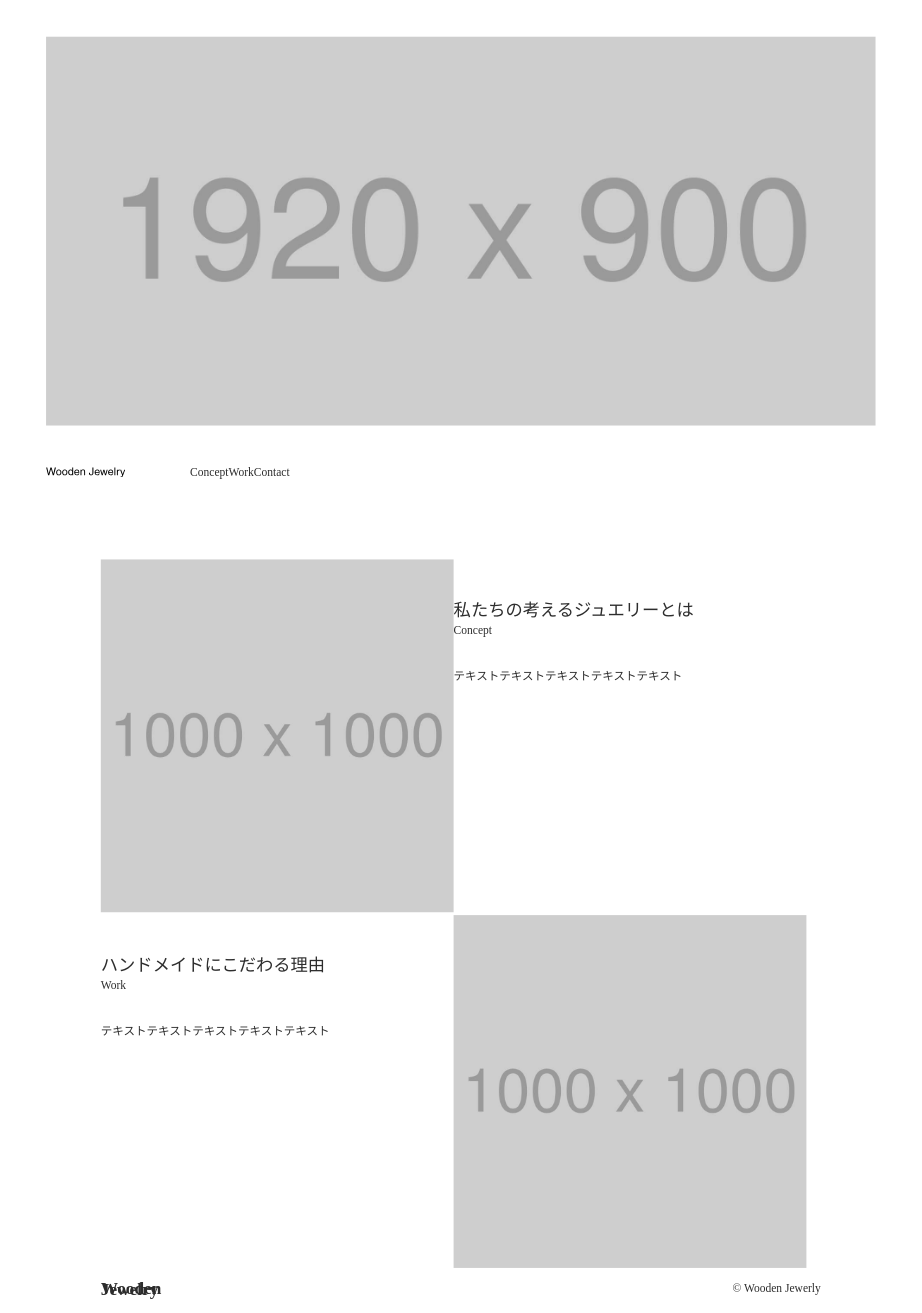
Repository: Fuki-san/jewelry
Page: http://localhost/jewelry
These files come from the project's save history. The page is drawn as it stood at one moment and after the next save; the edit follows.
The browser window is 1280 px wide. The pictures show the whole page, at 72% of full size.
The page is served by the project's Laravel application, run on PHP 8.4 with Laravel 10.

Above is the page before, as saved 2023-11-26 14:57:15.

After the next save:
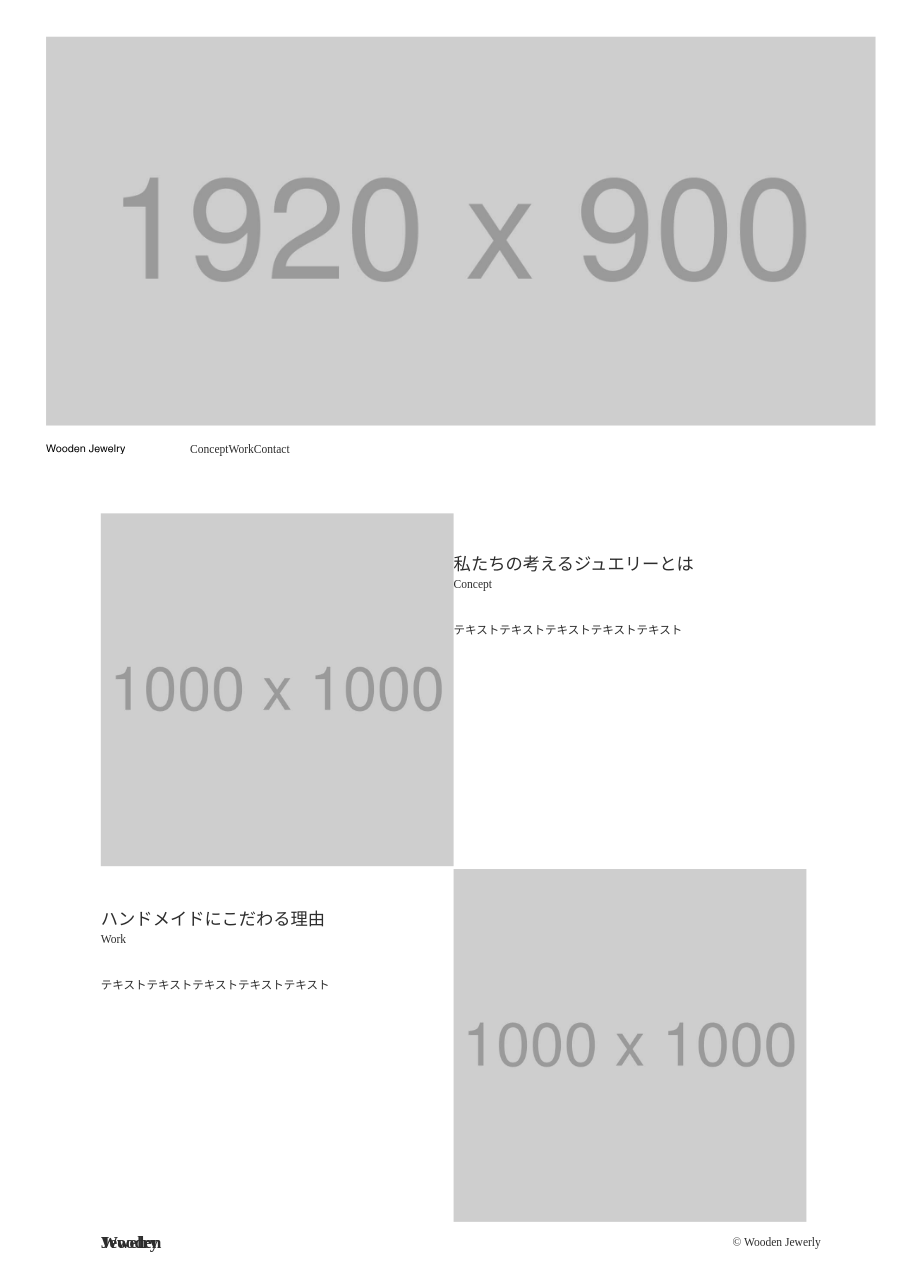
Saved 7 s later.
--- a/public/css/style.css
+++ b/public/css/style.css
@@ -62,7 +62,7 @@
     width: 90vw;
     display: flex;
     align-items: center;
-    padding: 32px 0;
+    /* padding: 32px 0; */
     margin: 0 auto 30px auto;
 }
 

After the save that followed:
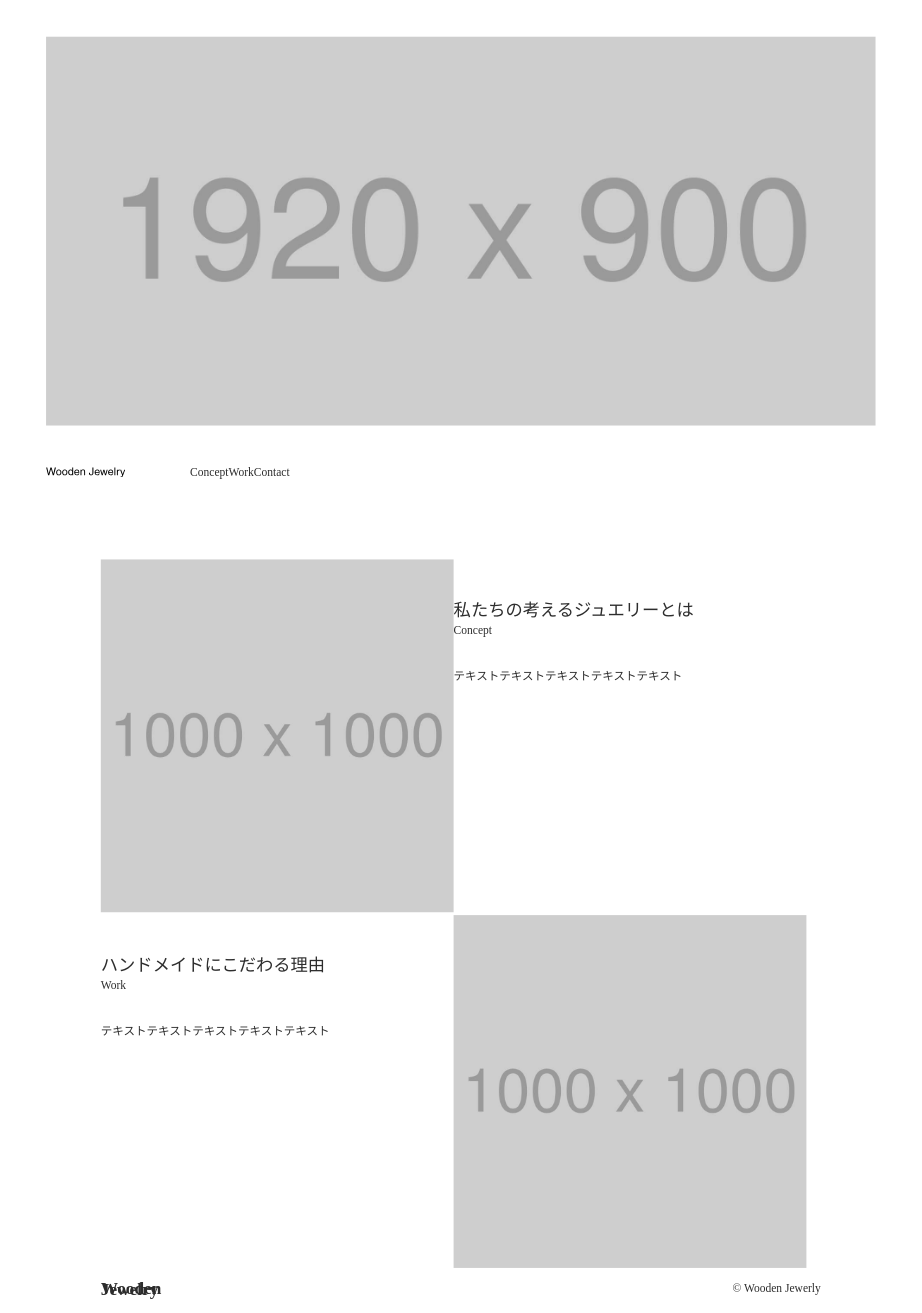
Saved 7 s later.
--- a/public/css/style.css
+++ b/public/css/style.css
@@ -62,7 +62,7 @@
     width: 90vw;
     display: flex;
     align-items: center;
-    /* padding: 32px 0; */
+    padding: 32px 0;
     margin: 0 auto 30px auto;
 }
 
